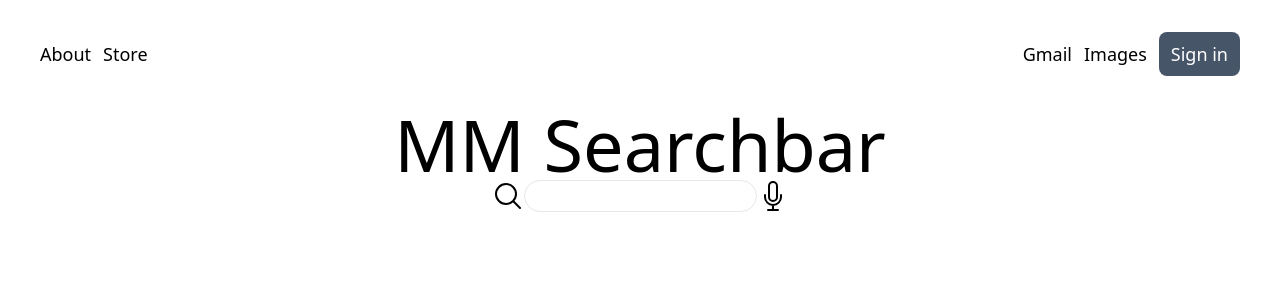
Repository: michalmilek/minigoogle
Page: /
The author's editor kept a copy of each file at every save. The page is drawn from the files as they stood at one save, then again after the next save.
The browser window is 1280 px wide. The pictures show the whole page.
The page's requests for data from a server got no answer. The project was rebuilt for these pictures with package versions that can differ from the ones it lists, and the page was loaded fresh each time. The framework's server and built-in components were replaced by stand-ins that run in the browser. No one was signed in, and anything a server would have sent is missing. Also part of the build but not shown: next.config.js.

Above is the page before, as saved 2023-02-13 13:22:53.

### pages/_app.tsx
import '@/styles/globals.css'
import type { AppProps } from 'next/app'
import { SessionProvider } from "next-auth/react";

export default function App({ Component, pageProps }: AppProps) {
  return (
    <SessionProvider
      // Provider options are not required but can be useful in situations where
      // you have a short session maxAge time. Shown here with default values.
      session={pageProps.session}>
      <Component {...pageProps} />
    </SessionProvider>
  );
}

### pages/index.tsx
import Header from "@/components/Header";
import Head from "next/head";
import Image from "next/image";
import {
  MagnifyingGlassIcon,
  MicrophoneIcon,
} from "@heroicons/react/24/outline";

export default function Home() {
  return (
    <div>
      <Head>
        <title>Create Next App</title>
        <meta
          name="description"
          content="Generated by create next app"
        />
        <meta
          name="viewport"
          content="width=device-width, initial-scale=1"
        />
        <link
          rel="icon"
          href="/favicon.ico"
        />
      </Head>
      <Header />

      <form className="flex flex-col items-center justify-center">
        <h1 className="text-7xl">MM Searchbar</h1>
        <div className="flex relative">
          <MagnifyingGlassIcon className="h-8" />
          <input
            type="text"
            className="border border-gray-200 rounded-full"
          />
          <MicrophoneIcon className="h-8" />
        </div>
      </form>
    </div>
  );
}

### components/Header.tsx
import Link from "next/link";
import React from "react";
import User from "./User";

const Header = () => {
  return (
    <header className="min-w-[100vw] flex justify-between items-center px-10 py-8 text-lg">
      <ul className="flex gap-3">
        <Link href={"/"}>
          <li>About</li>
        </Link>
        <Link href={"/"}>
          <li>Store</li>
        </Link>
      </ul>

      <ul className="flex items-center gap-3">
        <Link href={"/"}>
          <li>Gmail</li>
        </Link>
        <Link href={"/"}>
          <li>Images</li>
        </Link>
        <li>
          <User />
        </li>
      </ul>
    </header>
  );
};

export default Header;

### components/User.tsx
import React from "react";
import { useSession, signIn, signOut } from "next-auth/react";

const User = () => {
  const { data: session } = useSession();
  console.log(session);
  return (
    <>
      {session ? (
        <img
          onClick={() => signOut()}
          src={session.user?.image!}
          alt={session.user?.name!}
          className="h-[50px] w-[50px] object-cover rounded-full"
        />
      ) : (
        <button
          className="bg-slate-600 text-white px-3 py-2 rounded-lg"
          onClick={() => signIn()}>
          Sign in
        </button>
      )}
    </>
  );
};

export default User;

Loaded but not shown: pages/_document.tsx (common file); styles/globals.css (common file); tailwind.config.js (common file)

After the next save:
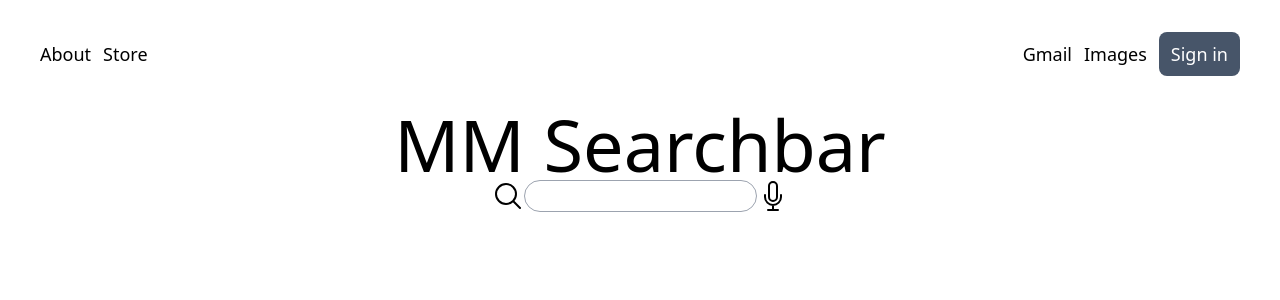
Saved 11 s later.
--- a/pages/index.tsx
+++ b/pages/index.tsx
@@ -32,7 +32,7 @@
           <MagnifyingGlassIcon className="h-8" />
           <input
             type="text"
-            className="border border-gray-200 rounded-full"
+            className="border border-gray-400 rounded-full"
           />
           <MicrophoneIcon className="h-8" />
         </div>
